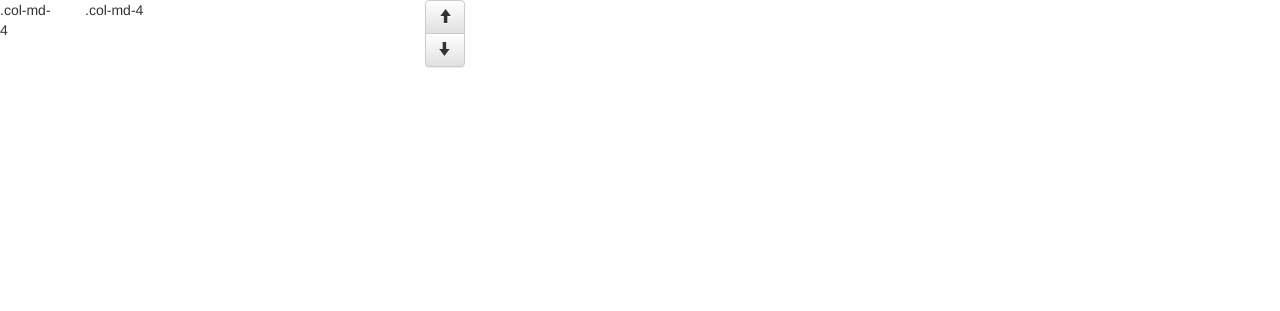
Repository: bmatusiak/bbb-usb-tool-nw
Page: index.html
The author's editor kept a record of every edit. The page is drawn from the files as they stood at one moment, then again after the next edit.
The browser window is 1280 px wide. The pictures show the whole page.

Above is the page before.
Console error: ReferenceError: global is not defined

After the next edit:
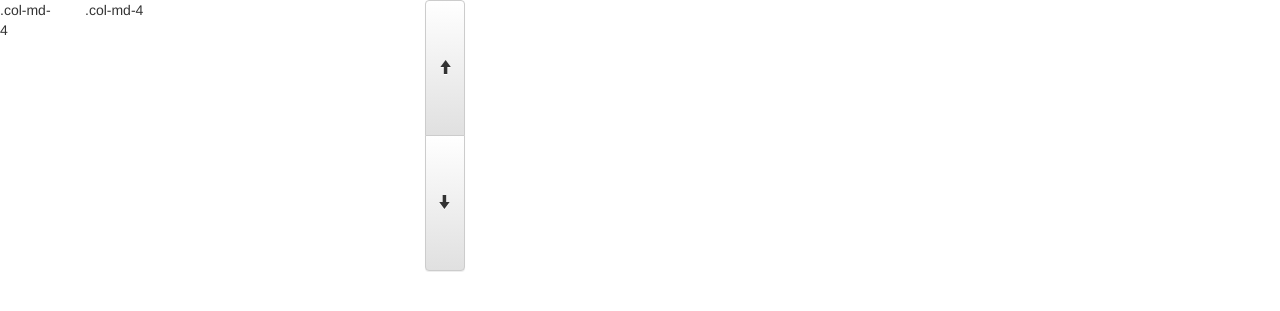
The edit:
--- a/index.html
+++ b/index.html
@@ -24,8 +24,8 @@
             <div class="col-xs-8">.col-md-4</div>
             <div class="col-xs-2">
                 <div class="btn-group-vertical">
-                  <button type="button" class="btn btn-default" style="height:50%;"><span class="glyphicon glyphicon-arrow-up"></span></button>
-                  <button type="button" class="btn btn-default"><span class="glyphicon glyphicon-arrow-down"></span></button>
+                  <button type="button" class="btn btn-default" style="height:136px;"><span class="glyphicon glyphicon-arrow-up"></span></button>
+                  <button type="button" class="btn btn-default"style="height:136px;"><span class="glyphicon glyphicon-arrow-down"></span></button>
                 </div>
 
             </div>
